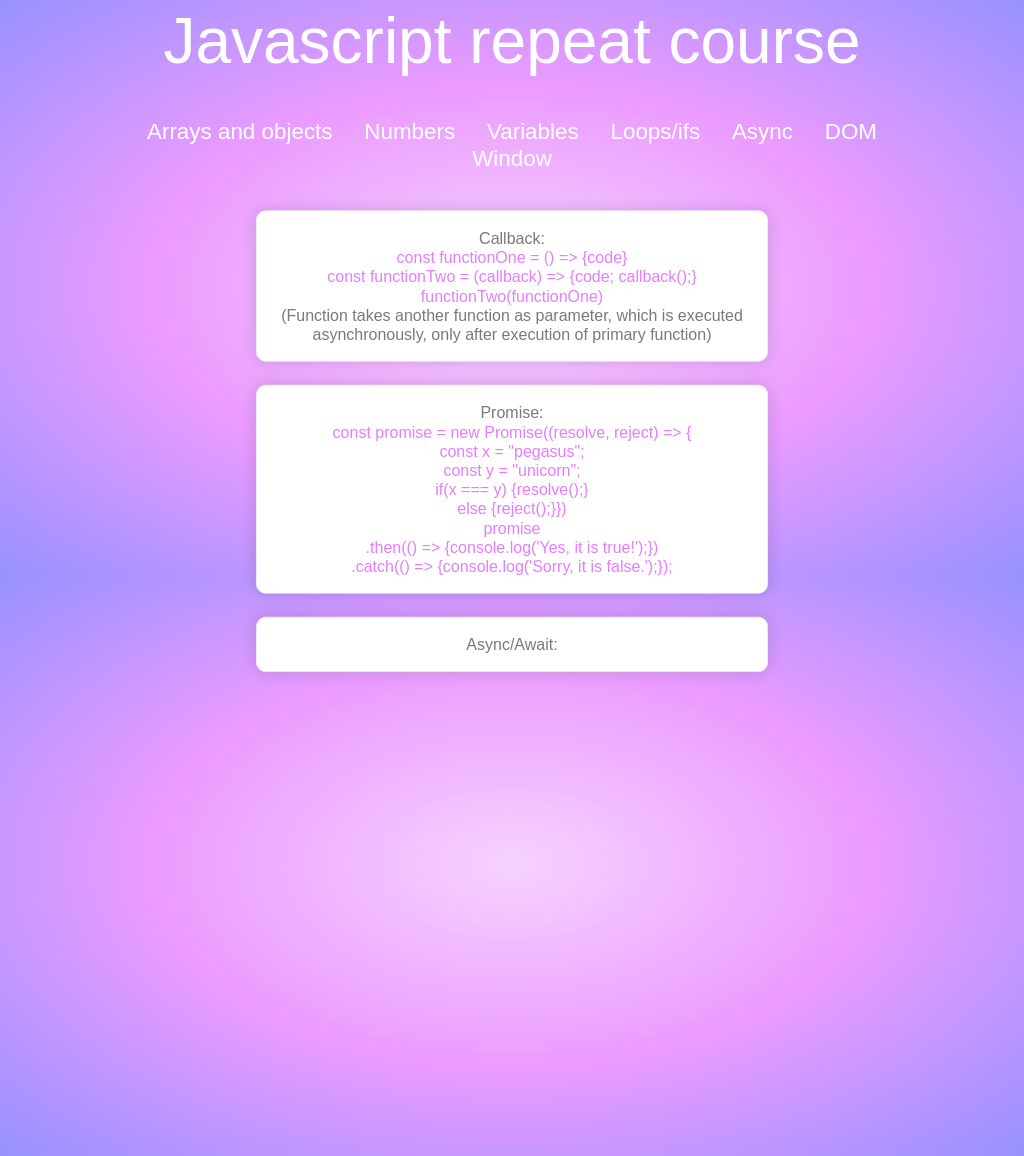
Repository: michalgornicki/javascript
Page: /#/Async
These files come from the project's save history. The page is drawn as it stood at one moment and after the next save; the edit follows.
The browser window is 1280 px wide. The pictures show the whole page, at 80% of full size.
Backgrounds fixed to the window are drawn as part of the page. The project was rebuilt for these pictures with package versions that can differ from the ones it lists, and the page was loaded fresh each time. Also part of the build but not shown: src/index.css, src/components/arrays.jsx, src/components/variables.jsx, src/components/numbers.jsx, src/components/loops.jsx, src/components/DOM manipulation.jsx, src/components/window.jsx.

Above is the page before, as saved 2022-02-04 12:42:55.

### src/App.jsx
import React from "react";
import "./App.css";
import "bootstrap/dist/css/bootstrap.min.css";
import { Route, HashRouter as Router, Routes, Link } from "react-router-dom";
import Arrays from "./components/arrays.jsx"
import Variables from "./components/variables.jsx"
import Numbers from "./components/numbers.jsx"
import Loops from "./components/loops.jsx"
import Async from "./components/async.jsx"
import DOM from "./components/DOM manipulation.jsx"
import Window from "./components/window.jsx"

function App() {


  return (


    <Router>
    <div className="text-center">
      <div className="display-1 mt-1 mb-5 text-white">Javascript repeat course</div>

      <div className="h3 d-flex w-75 m-auto my-5 justify-content-evenly flex-wrap text-white">

      <Link className="link-style mx-3" to="/">Arrays and objects</Link>
      <Link className="link-style mx-3" to="/Numbers">Numbers</Link>
      <Link className="link-style mx-3" to="/Variables">Variables</Link>
      <Link className="link-style mx-3" to="/Loops">Loops/ifs</Link>
      <Link className="link-style mx-3" to="/Async">Async</Link>
      <Link className="link-style mx-3" to="/DOM">DOM</Link>
      <Link className="link-style mx-3" to="/Window">Window</Link>


      </div>

      <Routes>
          <Route path="/" element={<Arrays />} />
          <Route path="/Numbers" element={<Numbers />} />
          <Route path="/Variables" element={<Variables />} />
          <Route path="/Loops" element={<Loops />} />
          <Route path="/Async" element={<Async />} />
          <Route path="/DOM" element={<DOM />} />
          <Route path="/Window" element={<Window />} />
        </Routes>


    </div>
    </Router>
  );
}

export default App;

### src/App.css
body{
    font-family: Arial, Helvetica, sans-serif!important;
    overflow-x: hidden;
    padding-bottom: 80vh;
    height: auto;
    background: radial-gradient( rgb(246, 210, 255), rgb(235, 155, 255), rgb(152, 145, 255));
    background-attachment: fixed;
}

.js-item{
    color:rgb(121, 121, 121);
    background-color: white;
    transition: 0.2s;
    padding: 3vh;
    margin-bottom: 4vh!important;
    border: 1px solid rgb(240, 240, 240);
    width: 50%;
    margin-left: auto;
    margin-right: auto;
    box-shadow: 0px 0px 20px rgba(0, 0, 0, 0.15);
    border-radius: 0.75rem;
}

.js-item:hover{
    cursor: pointer;
    background-color: rgb(240, 240, 240);
}

.text-pink{
    color:rgb(229, 125, 255)!important;
}

.link-style{
    color: inherit;
    text-decoration: inherit;
}

.link-style:hover{
    color: rgb(229, 125, 255);
}

@media only screen and (max-device-width: 600px), (max-width: 600px) {

    .js-item{
        width: 95%;
    }

}

### src/components/async.jsx
const Async = () => {
  const functionOne = () => {
    console.log("aaa");
  };
  const functionTwo = (callback) => {
    console.log("bbb");
    callback();
  };
  functionTwo(functionOne);

  return (
    <div className="">
      <div className="js-item h5">
        {" "}
        <span className="">Callback: </span> <br />
        <span className="text-pink">{`const functionOne = () => {code}`}</span> <br />
        <span className="text-pink">{`const functionTwo = (callback) => {code; callback();}`}</span> <br />
        <span className="text-pink">{`functionTwo(functionOne)`}</span> <br /> (Function takes another function as parameter, which is executed asynchronously, only after execution of primary function)
      </div>
      <div className="js-item h5">
        {" "}
        <span className="">Promise: </span> <br />
        <span className="text-pink">{`const promise = new Promise((resolve, reject) => {`}</span> <br />
        <span className="text-pink">{`const x = "pegasus";`}</span> <br />
        <span className="text-pink">{`const y = "unicorn";`}</span> <br />
        <span className="text-pink">{` if(x === y) {resolve();}`}</span> <br />
        <span className="text-pink">{` else {reject();}})`}</span> <br />
        <span className="text-pink">{`promise`}</span> <br />
        <span className="text-pink">{`.then(() => {console.log('Yes, it is true!');})`}</span> <br />
        <span className="text-pink">{`.catch(() => {console.log('Sorry, it is false.');});`}</span> <br />
      </div>
      <div className="js-item h5">
        {" "}
        <span className="">Async/Await: </span> <br />

      </div>
    </div>
  );
};

export default Async;

Loaded but not shown: public/index.html (common file); src/index.js (common file); src/reportWebVitals.js (common file)

After the next save:
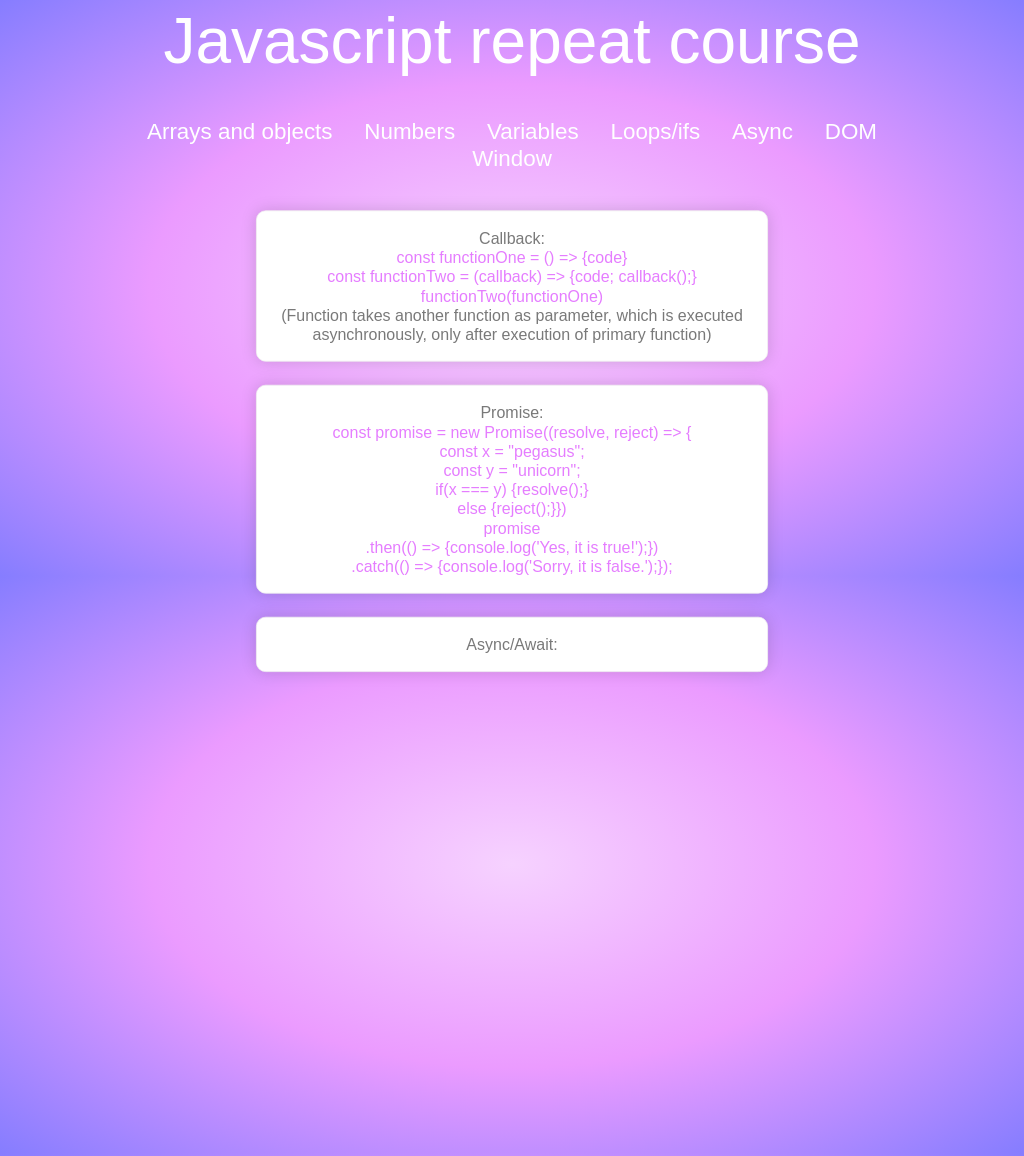
Saved 7 s later.
--- a/src/App.css
+++ b/src/App.css
@@ -3,7 +3,7 @@ body{
     overflow-x: hidden;
     padding-bottom: 80vh;
     height: auto;
-    background: radial-gradient( rgb(246, 210, 255), rgb(235, 155, 255), rgb(152, 145, 255));
+    background: radial-gradient( rgb(246, 210, 255), rgb(235, 155, 255), rgb(134, 125, 255));
     background-attachment: fixed;
 }
 
